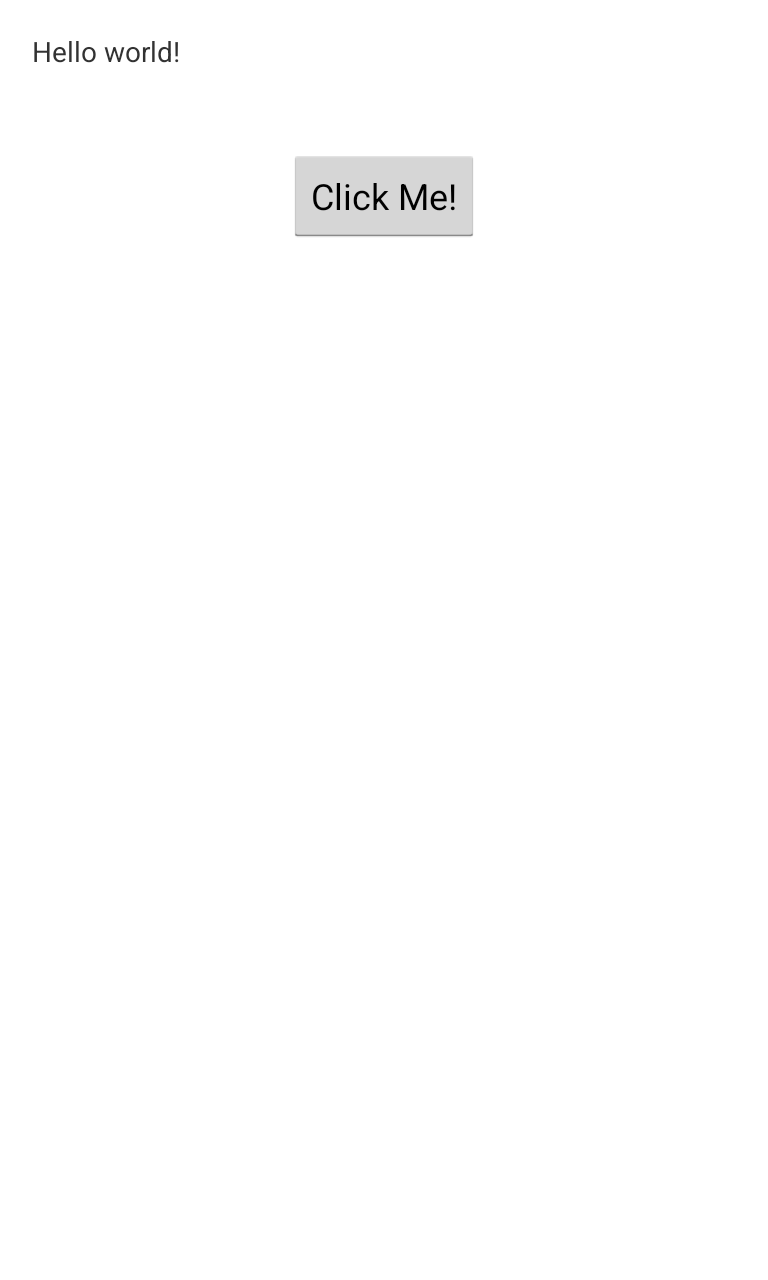
Repository: duncanbeggs/workout-warrior
Layout: gpsTest1/buttonTest1/res/layout/activity_main.xml
The author's editor kept a copy of each file at every save. The layout is drawn from the files as they stood at one save, then again after the next save.
It is drawn on a 768 x 1280 px phone screen (xhdpi) without system bars, with theme AppTheme; the app's code is not run.

Above is the layout before, as saved 2014-05-25 02:31:02.

### gpsTest1/buttonTest1/res/layout/activity_main.xml
<RelativeLayout xmlns:android="http://schemas.android.com/apk/res/android"
    xmlns:tools="http://schemas.android.com/tools"
    android:layout_width="match_parent"
    android:layout_height="match_parent"
    android:paddingBottom="@dimen/activity_vertical_margin"
    android:paddingLeft="@dimen/activity_horizontal_margin"
    android:paddingRight="@dimen/activity_horizontal_margin"
    android:paddingTop="@dimen/activity_vertical_margin"
    tools:context=".MainActivity" >

    <TextView
        android:id="@+id/textView1"
        android:layout_width="wrap_content"
        android:layout_height="wrap_content"
        android:text="@string/hello_world" />

    <Button
        android:id="@+id/button1"
        android:layout_width="wrap_content"
        android:layout_height="wrap_content"
        android:layout_below="@+id/textView1"
        android:layout_centerHorizontal="true"
        android:layout_marginTop="39dp"
        android:onClick="onButton1Click"
        android:text="Click Me!" />

</RelativeLayout>

### gpsTest1/buttonTest1/res/values/strings.xml
<?xml version="1.0" encoding="utf-8"?>
<resources>

    <string name="app_name">button test1</string>
    <string name="action_settings">Settings</string>
    <string name="hello_world">Hello world!</string>

</resources>

Loaded but not shown: gpsTest1/buttonTest1/res/values/styles.xml (common file); gpsTest1/buttonTest1/res/values-v11/styles.xml (common file); gpsTest1/buttonTest1/res/values-v14/styles.xml (common file); gpsTest1/buttonTest1/res/values/dimens.xml (common file)

After the next save:
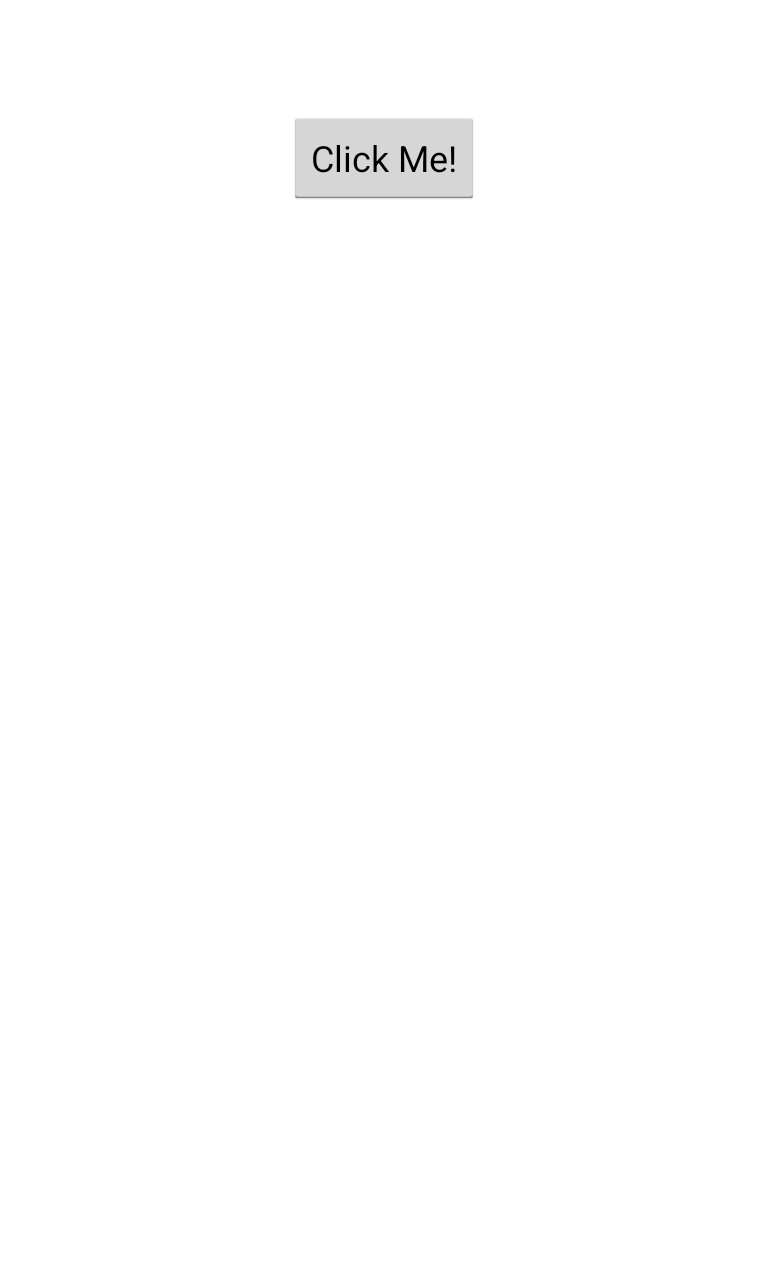
Saved 2 min 8 s later.
--- a/gpsTest1/buttonTest1/res/layout/activity_main.xml
+++ b/gpsTest1/buttonTest1/res/layout/activity_main.xml
@@ -8,11 +8,7 @@
     android:paddingTop="@dimen/activity_vertical_margin"
     tools:context=".MainActivity" >
 
-    <TextView
-        android:id="@+id/textView1"
-        android:layout_width="wrap_content"
-        android:layout_height="wrap_content"
-        android:text="@string/hello_world" />
+
 
     <Button
         android:id="@+id/button1"
